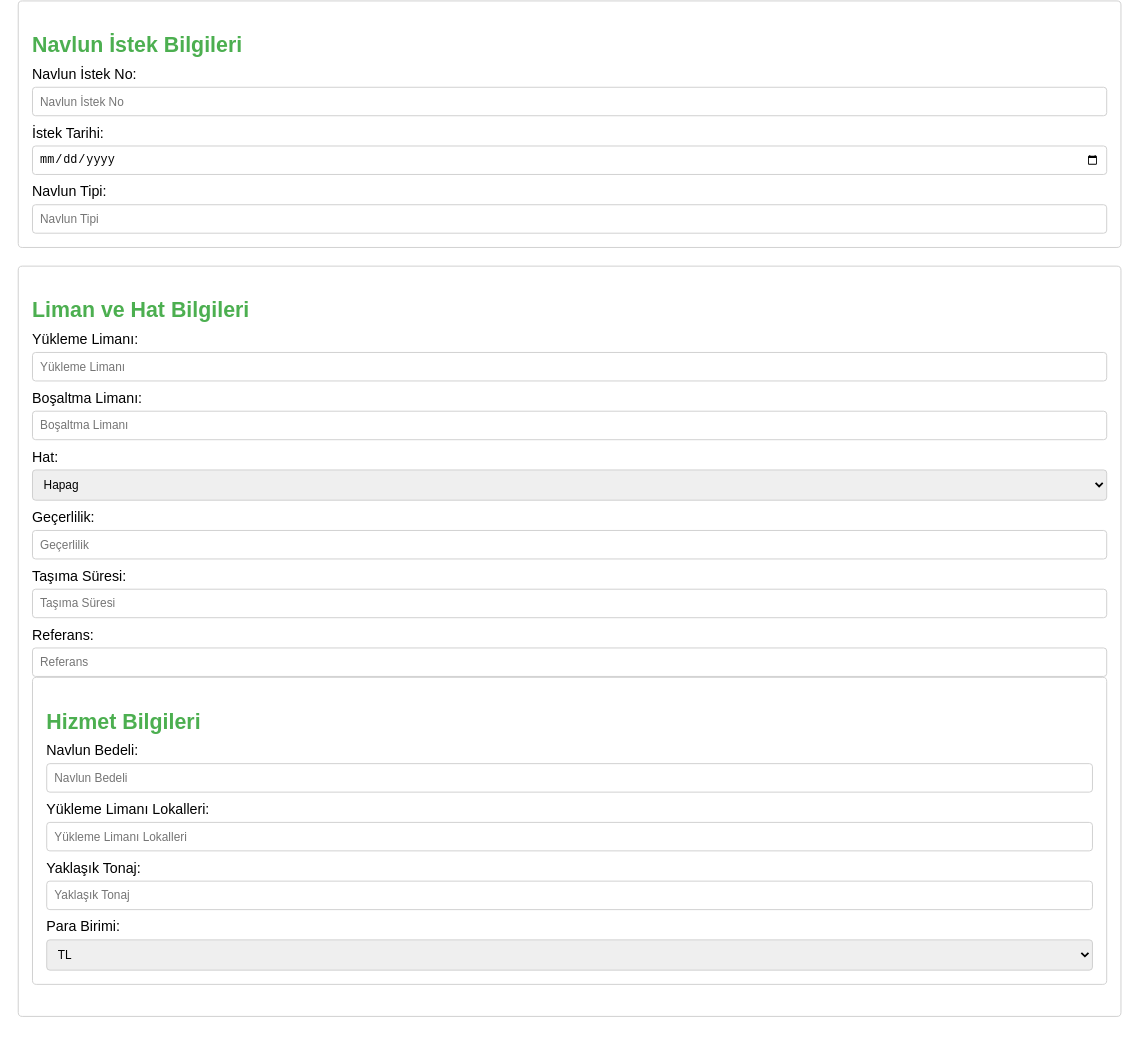
Repository: EfeAykut/navlun
Page: navlun.html
The author's editor kept a copy of each file at every save. The page is drawn from the files as they stood at one save, then again after the next save.
The browser window is 1280 px wide. The pictures show the part of the page from y = 132 to 1314 px (the page is 1314 px tall before and 1298 px after), at 89% of full size.
A picture or video elsewhere on the page could not be fetched, so the positions and the page height are approximate.

Above is the page before, as saved 2024-11-19 11:11:17.

### navlun.html
<!DOCTYPE html>
<html lang="tr">

<head>
    <meta charset="UTF-8">
    <meta name="viewport" content="width=device-width, initial-scale=1.0">
    <title>Navlun İstek Formu</title>
    <style>
        body {
            font-family: Arial, sans-serif;
            margin: 0;
            padding: 0;
        }

        header {
            background-color: #4CAF50;
            color: white;
            text-align: center;
            padding: 1rem;
            display: flex;
            justify-content: space-between;
            /* Logo ve başlık arasında boşluk bırakır */
            align-items: center;
            /* Dikey olarak ortalar */
        }

        .logo {
            width: 100px;
            /* Logo genişliği */
            height: auto;
            /* Orantılı yükseklik */
            margin: 0 10px;
            /* Kenar boşluğu */
        }

        .header-title {
            flex-grow: 1;
            /* Başlık alanının genişlemesine izin verir */
        }

        .container {
            padding: 20px;
        }

        .form-section {
            margin-bottom: 20px;
            padding: 15px;
            border: 1px solid #ccc;
            border-radius: 5px;
        }

        h2 {
            color: #4CAF50;
        }

        label {
            display: block;
            margin-top: 10px;
        }

        input,
        select {
            width: 100%;
            padding: 8px;
            margin-top: 5px;
            border: 1px solid #ccc;
            border-radius: 4px;
            box-sizing: border-box;
        }

        input[type="date"] {
            padding: 7px;
        }

        input:focus,
        select:focus {
            border-color: #4CAF50;
            outline: none;
        }

        .form-section h2 {
            margin-bottom: 10px;
        }
    </style>
</head>

<body>
    <header>
        <img src="sol-logo.png" alt="Sol Logo" class="logo"> <!-- Sol logo -->
        <div class="header-title">
            <h1>Navlun İstek Formu</h1>
        </div>
        <img src="sag-logo.png" alt="Sağ Logo" class="logo"> <!-- Sağ logo -->
    </header>
    <div class="container">
        <section class="form-section">
            <h2>Navlun İstek Bilgileri</h2>
            <label for="istekNo">Navlun İstek No:</label>
            <input type="text" id="istekNo" placeholder="Navlun İstek No">

            <label for="istekTarihi">İstek Tarihi:</label>
            <input type="date" id="istekTarihi">

            <label for="navlunTipi">Navlun Tipi:</label>
            <input type="text" id="navlunTipi" placeholder="Navlun Tipi">
        </section>

        <section class="form-section">
            <h2>Liman ve Hat Bilgileri</h2>
            <label for="yüklemeLimani">Yükleme Limanı:</label>
            <input type="text" id="yüklemeLimani" placeholder="Yükleme Limanı">

            <label for="boşaltmaLimani">Boşaltma Limanı:</label>
            <input type="text" id="boşaltmaLimani" placeholder="Boşaltma Limanı">

            <label for="hat">Hat:</label>
            <select id="hat">
                <option value="Hapag">Hapag</option>
                <option value="Tolga">Tolga</option>
                <option value="Efe">Efe</option>
            </select>

            <label for="geçerlilik">Geçerlilik:</label>
            <input type="text" id="geçerlilik" placeholder="Geçerlilik">

            <label for="taşımaSüresi">Taşıma Süresi:</label>
            <input type="text" id="taşımaSüresi" placeholder="Taşıma Süresi">

            <label for="referans">Referans:</label>
            <input type="text" id="referans" placeholder="Referans">
        </ section>

            <section class="form-section">
                <h2>Hizmet Bilgileri</h2>
                <label for="navlunBedeli">Navlun Bedeli:</label>
                <input type="text" id="navlunBedeli" placeholder="Navlun Bedeli">

                <label for="yüklemeLimaniLokalleri">Yükleme Limanı Lokalleri:</label>
                <input type="text" id="yüklemeLimaniLokalleri" placeholder="Yükleme Limanı Lokalleri">

                <label for="yaklaşıkTonaj">Yaklaşık Tonaj:</label>
                <input type="text" id="yaklaşıkTonaj" placeholder="Yaklaşık Tonaj">

                <label for="paraBirimi">Para Birimi:</label>
                <select id="paraBirimi">
                    <option value="TL">TL</option>
                    <option value="USD">USD</option>
                    <option value="EUR">EUR</option>
                </select>
            </section>
    </div>
</body>

</html>

After the next save:
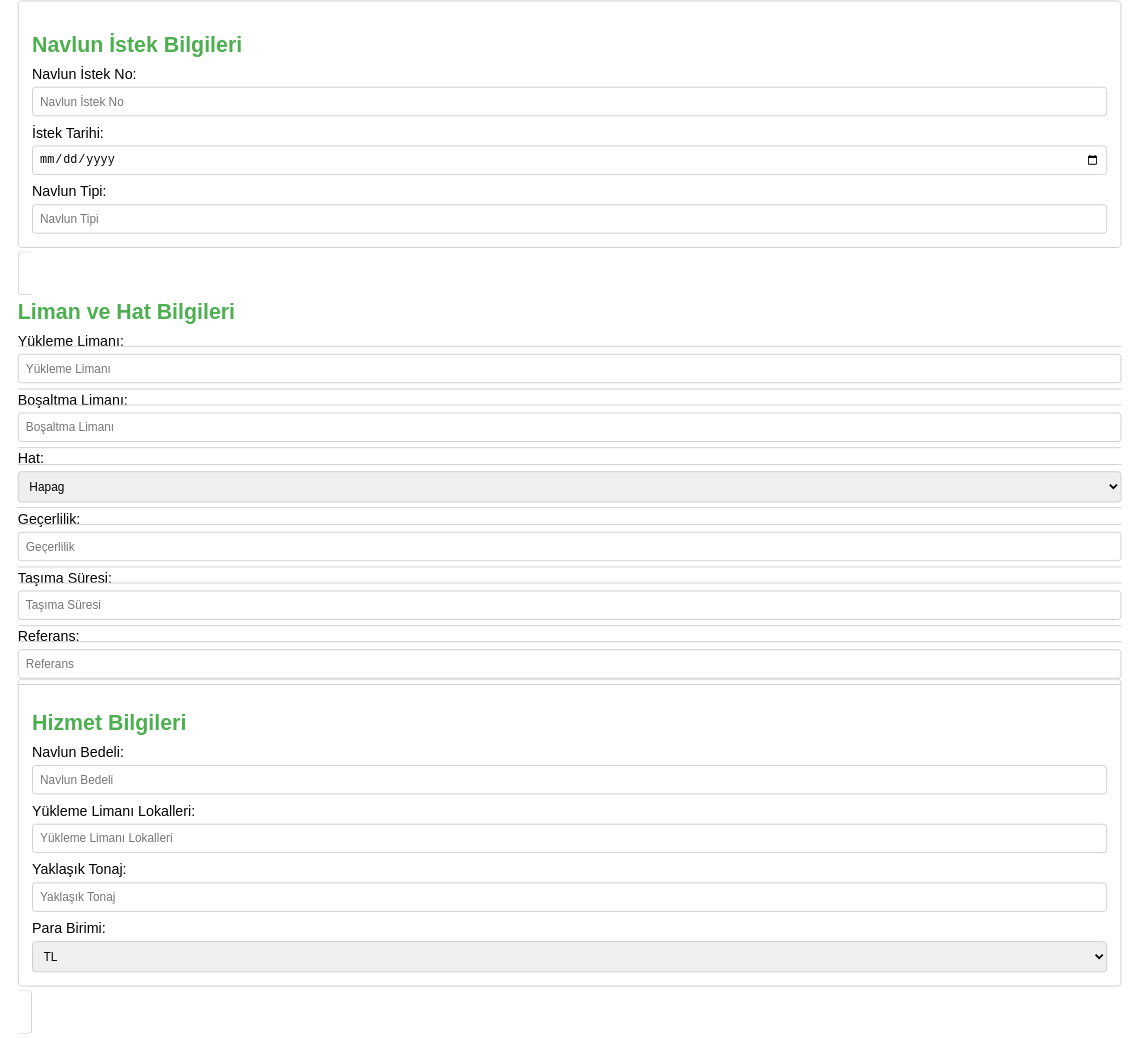
Saved 31 s later.
--- a/navlun.html
+++ b/navlun.html
@@ -105,7 +105,7 @@
             <input type="text" id="navlunTipi" placeholder="Navlun Tipi">
         </section>
 
-        <section class="form-section">
+        <sectio class="form-section">
             <h2>Liman ve Hat Bilgileri</h2>
             <label for="yüklemeLimani">Yükleme Limanı:</label>
             <input type="text" id="yüklemeLimani" placeholder="Yükleme Limanı">
@@ -128,7 +128,7 @@
 
             <label for="referans">Referans:</label>
             <input type="text" id="referans" placeholder="Referans">
-        </ section>
+        </section>
 
             <section class="form-section">
                 <h2>Hizmet Bilgileri</h2>
